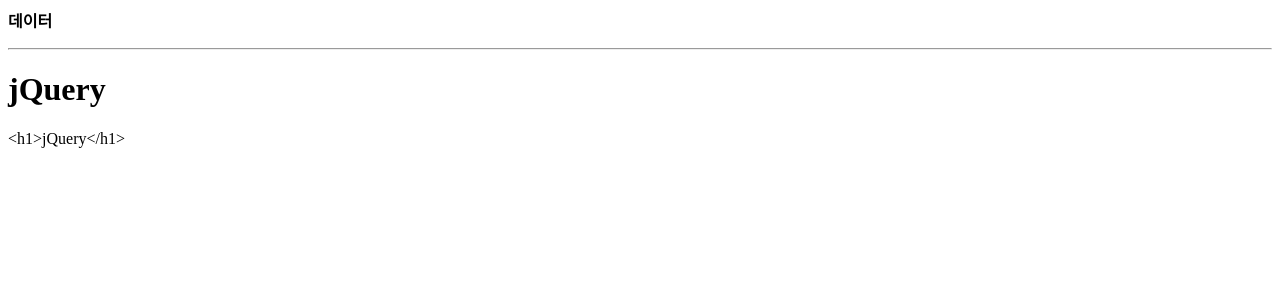
Repository: chlguswns1/web-practice
Page: jQuery/src/main/webapp/03_DOM_Operation.html
An editor plug-in stored every save of this project. The page is shown before and after the next save, followed by the edit.
The browser window is 1280 px wide. The pictures show the whole page.

Above is the page before, as saved 2023-03-10 00:51:42.

After the next save:
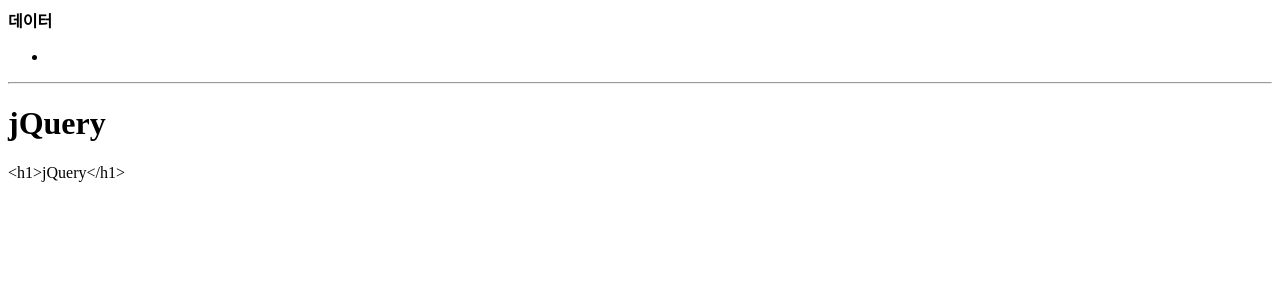
Saved 3 min 30 s later.
--- a/jQuery/src/main/webapp/03_DOM_Operation.html
+++ b/jQuery/src/main/webapp/03_DOM_Operation.html
@@ -229,6 +229,7 @@
 		var content = ['홍길동','김길동','박길동'];
 
 		$.each(content,function(index,value){});
+		$('#name_region').append($('<li></li>'));
 	});
 
 //- 3.

After the save that followed:
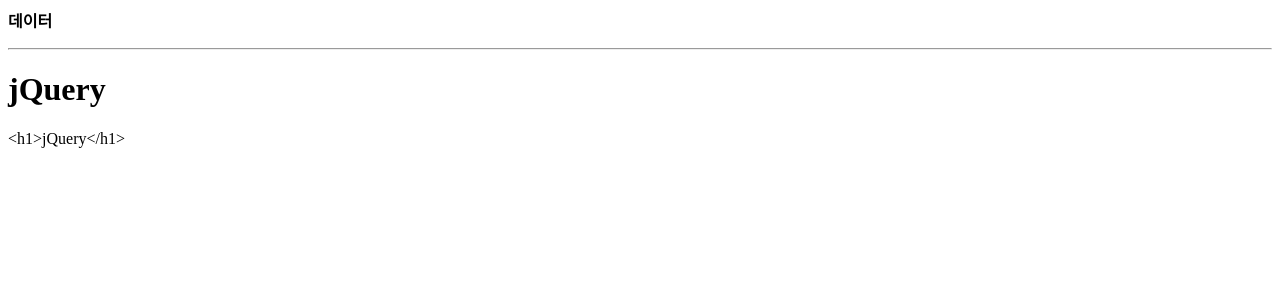
Console error: ReferenceError: value is not defined
Saved 90 s later.
--- a/jQuery/src/main/webapp/03_DOM_Operation.html
+++ b/jQuery/src/main/webapp/03_DOM_Operation.html
@@ -229,7 +229,7 @@
 		var content = ['홍길동','김길동','박길동'];
 
 		$.each(content,function(index,value){});
-		$('#name_region').append($('<li></li>'));
+		$('#name_region').append($('<li>'+value+'</li>'));
 	});
 
 //- 3.
